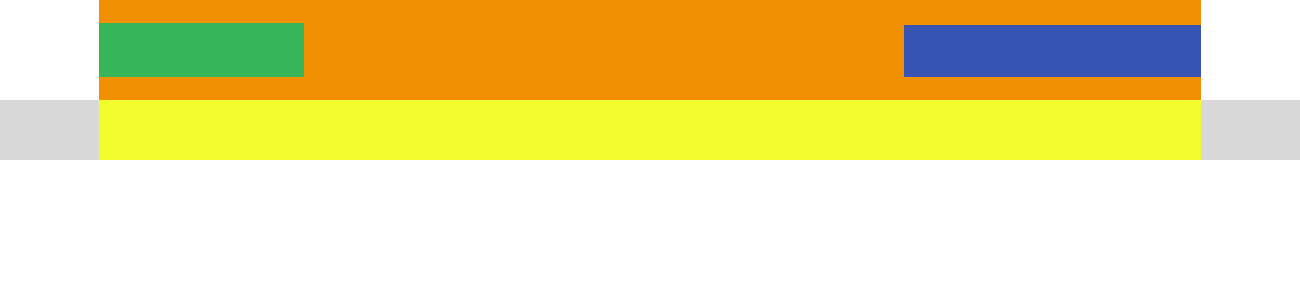
Repository: A1LExX/H5_study_set
Page: day04/扣丁.html
An editor plug-in stored every save of this project. The page is shown before and after the next save, followed by the edit.
The browser window is 1280 px wide. The page is 1300 px wide, so the pictures cover 1300 px, including what lies to the right of the window. The pictures show the whole page.

Above is the page before, as saved 2021-06-24 20:15:50.

After the next save:
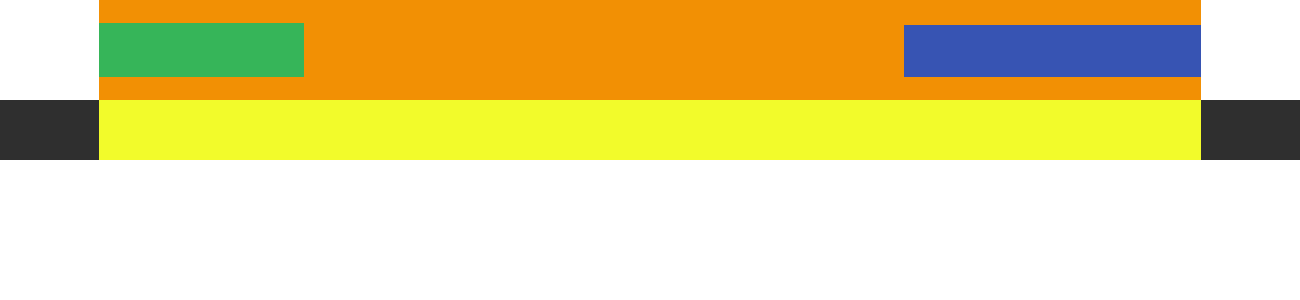
Saved 28 s later.
--- a/day04/css/codingke.css
+++ b/day04/css/codingke.css
@@ -2,7 +2,7 @@
  * @author [Alex Wei]
  * @email [w2262196@outlook.com]
  * @create date 2021-06-24 13:00:50
- * @modify date 2021-06-24 20:15:50
+ * @modify date 2021-06-24 20:16:18
  * @desc [description]
  */
 *{
@@ -37,7 +37,7 @@
 .con1{
     width: 1300px;
     height: 60px;
-    background: #2f2f2f2f;
+    background: #2f2f2f;
 }
 .out1{
     width: 1102px;
